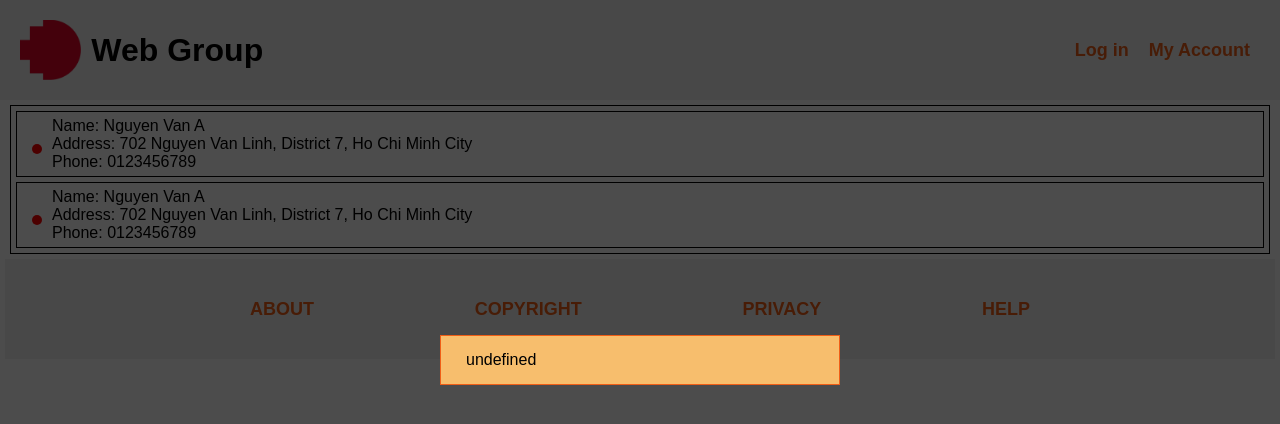
Repository: quynguyn/shoopingweb
Page: shipper.html
The author's editor kept a copy of each file at every save. The page is drawn from the files as they stood at one save, then again after a run of saves.
The browser window is 1280 px wide. The pictures show the whole page.
After loading, the first visible `div.order` was clicked once.

Above is the page before, as saved 2023-05-04 17:30:50.

After the next 2 saves:
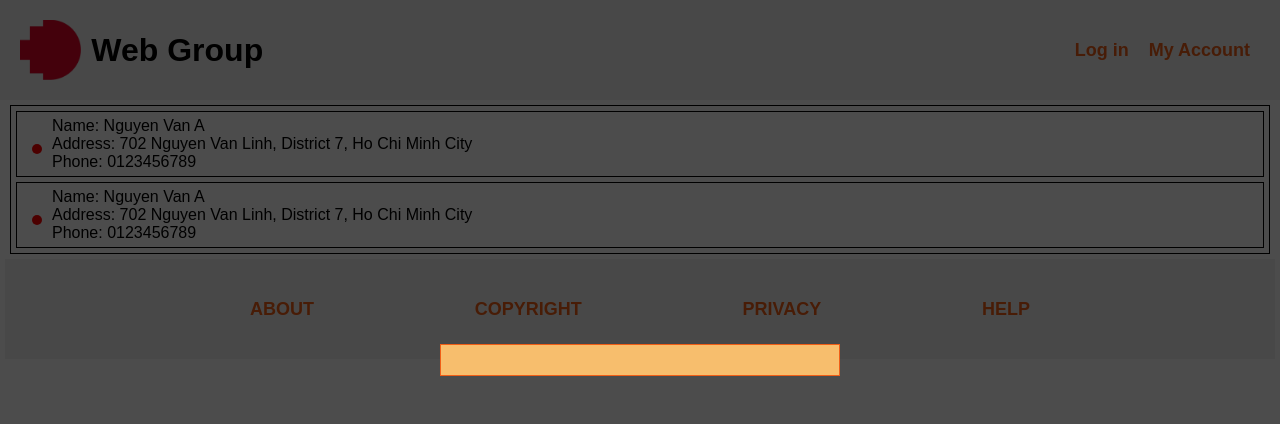
The 2 saves are shown as one change because they came seconds apart.
The last was saved 11 s later.
--- a/Asset/JS/shipper.js
+++ b/Asset/JS/shipper.js
@@ -7,7 +7,7 @@ function popupFunction(e) {
   const chldn = prnt.childNodes;
   const txt = [...chldn].filter((d) => d.className === 'popupText');
   const msg = txt.childNodes;
-  $('#info-popup .body').innerText = msg;
+  $('#info-popup .body').childNodes = msg;
   $('#info-popup').classList.add('info-popup-data');
 }
 function closeModal(e){
